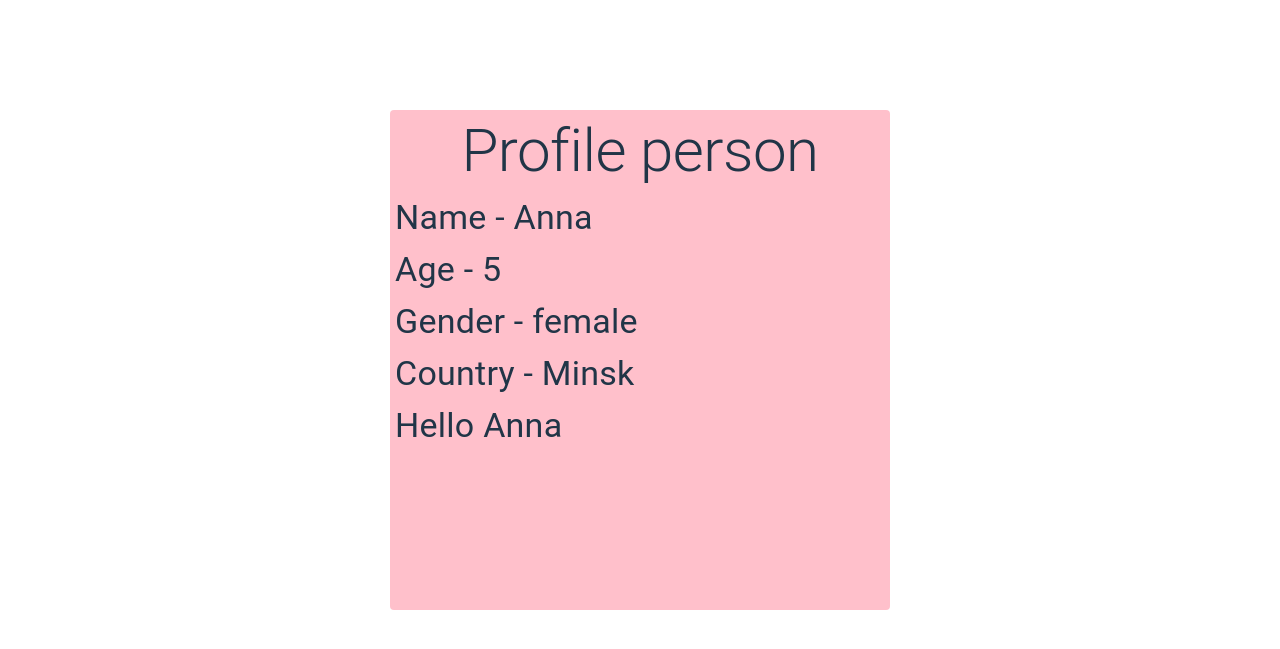
Repository: savannaaaas/props
Page: /
The author's editor kept a copy of each file at every save. The page is drawn from the files as they stood at one save, then again after the next save.
The browser window is 1280 px wide. The pictures show the whole page.
The project was rebuilt for these pictures with package versions that can differ from the ones it lists, and the page was loaded fresh each time. Also part of the build but not shown: vite.config.js.

Above is the page before, as saved 2025-07-07 23:55:58.

### src/App.jsx
import "./App.css";
import Box from "@mui/material/Box";
import { Person1 } from "./components/Person1";
/**1. Создать 6 любых компонент.
2. В компоненты передать props следующих типов данных:
number
string
boolean
object
function
array
3. Использовать в компонентах каждый prop.
4. Сделать деструктуризацию props. */
function App() {
  const obj = { country: "Minsk" };
  const sayHello = (name) => ` Hello ${name}`;
  return (
    <Box
      sx={{
        width: 500,
        height: 500,
        borderRadius: 1,
        bgcolor: "pink",
      }}
    >
      <Person1
        name={"Anna"}
        age={5}
        men={false}
        obj={obj}
        sayHello={sayHello}
      />
    </Box>
  );
}

export default App;

### src/components/Person1.jsx
import Typography from "@mui/material/Typography";
export const Person1 = ({ name, age, men, obj, sayHello }) => {
  return (
    <>
      <Typography variant="h2" align="center" style={{ padding: "5px" }}>
        Profile person
      </Typography>
      <Typography variant="h4" align="left" style={{ padding: "5px" }}>
        Name - {name}
      </Typography>
      <Typography variant="h4" align="left" style={{ padding: "5px" }}>
        Age - {age}
      </Typography>
      <Typography variant="h4" align="left" style={{ padding: "5px" }}>
        Gender - {men ? "men" : "female"}
      </Typography>
      <Typography variant="h4" align="left" style={{ padding: "5px" }}>
        Country - {obj.country}
      </Typography>
      <Typography variant="h4" align="left" style={{ padding: "5px" }}>
        {sayHello(name)}
      </Typography>
    </>
  );
};

Loaded but not shown: index.html (common file); src/main.jsx (common file); src/index.css (common file); src/App.css (common file)

After the next save:
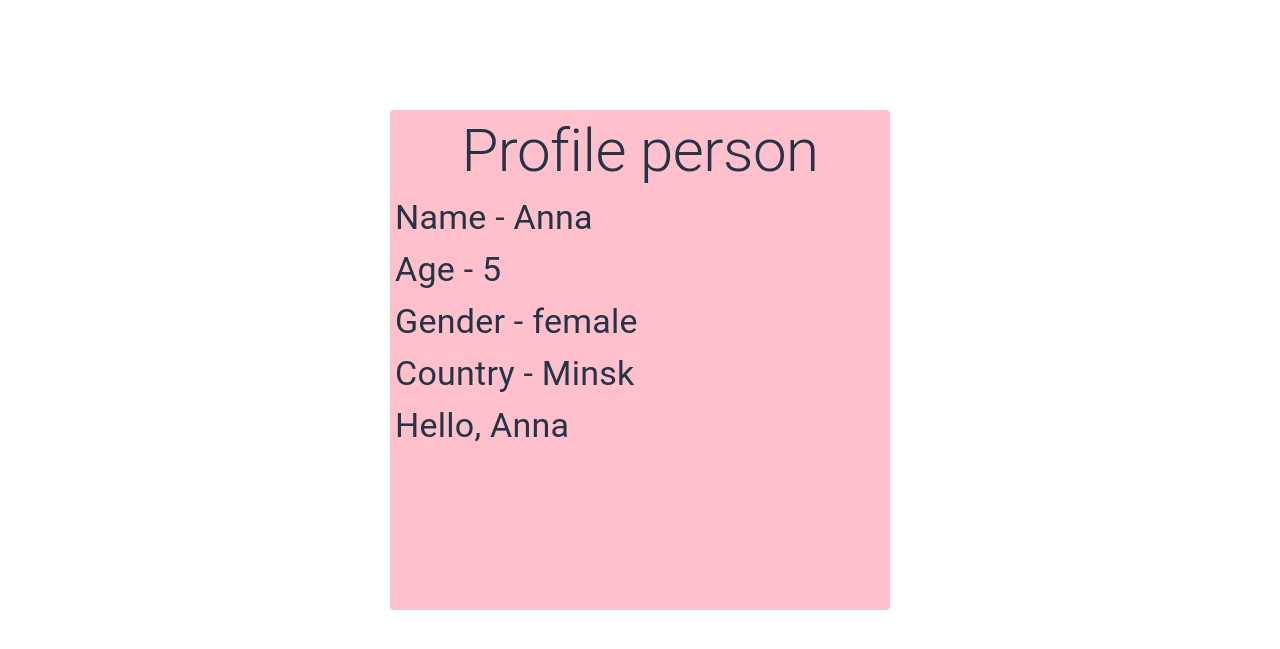
Saved 11 s later.
--- a/src/App.jsx
+++ b/src/App.jsx
@@ -13,7 +13,7 @@ array
 4. Сделать деструктуризацию props. */
 function App() {
   const obj = { country: "Minsk" };
-  const sayHello = (name) => ` Hello ${name}`;
+  const sayHello = (name) => ` Hello, ${name}`;
   return (
     <Box
       sx={{
